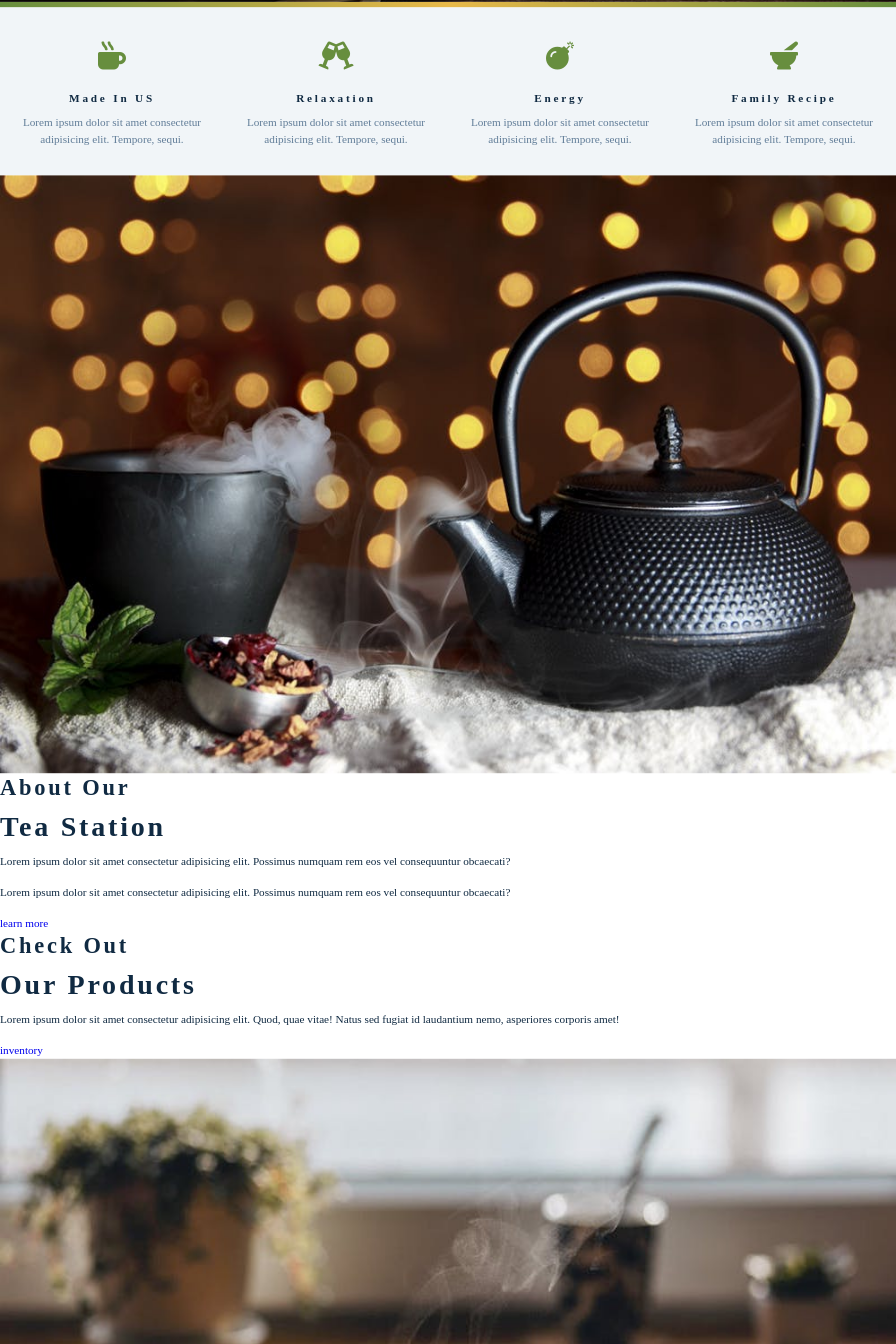
Repository: Ndifoinhilary/building_tea_site
Page: index.html
The author's editor kept a copy of each file at every save. The page is drawn from the files as they stood at one save, then again after the next save.
The browser window is 1280 px wide. The pictures show the part of the page from y = 862 to 2782 px (the page is 6030 px tall before and 5982 px after), at 70% of full size.
Backgrounds fixed to the window are drawn as part of the page. Some web fonts or font styles are not loaded; a fallback is used.

Above is the page before, as saved 2024-01-06 10:29:18.

### index.html
<!DOCTYPE html>
<html lang="en">

<head>
  <meta charset="UTF-8" />
  <meta name="viewport" content="width=device-width, initial-scale=1.0" />
  <meta http-equiv="X-UA-Compatible" content="ie=edge" />
  <title>Tea Station || Home</title>
  <!-- font-awesome -->
  <link rel="stylesheet" href="./fontawesome-free-5.7.2-web/css/all.css" />
  <!-- custom css -->
  <link rel="stylesheet" href="./css/styles.css" />
</head>

<body>
  <!-- nav button -->
  <span class="nav-btn" id="nav-btn">
    <i class="fas fa-bars"></i>
  </span>
  <!-- nav -->
  <nav class="navbar" id="navbar">
    <div class="navbar-header">
      <span class="nav-close" id="nav-close">
        <i class="fas fa-times"></i>
      </span>
    </div>
    <ul class="nav-items">
      <li><a href="index.html" class="nav-link">home</a></li>
      <li><a href="skills.html" class="nav-link">skills</a></li>
      <li><a href="about.html" class="nav-link">about</a></li>
      <li><a href="products.html" class="nav-link">products</a></li>
    </ul>
  </nav>
  <!-- header -->
  <header class="header">
    <div class="banner">
      <h2 class="banner-subtitle">Over one hunred flavors of tea</h2>
      <h1 class="banner-title">specially crafted tea</h1>
      <a href="skills.html" class=" btn banner-btn">explore</a>
    </div>
  </header>

  <div class="content-divider"></div>





  <!-- skills section -->
  <section class="skills clearfix">
    <!-- single skill -->
    <article class="skill">
      <span class="skill-icon">
        <i class="fas fa-mug-hot"></i>
      </span>
      <h4 class="skill-title">made in US</h4>
      <!-- ten words -->
      <p class="skill-text">
        Lorem ipsum dolor sit amet consectetur adipisicing elit. Tempore,
        sequi.
      </p>
    </article>
    <!-- end of single skill -->
    <!-- single skill -->
    <article class="skill">
      <span class="skill-icon">
        <i class="fas fa-glass-cheers"></i>
      </span>
      <h4 class="skill-title">relaxation</h4>
      <!-- ten words -->
      <p class="skill-text">
        Lorem ipsum dolor sit amet consectetur adipisicing elit. Tempore,
        sequi.
      </p>
    </article>
    <!-- end of single skill -->
    <!-- single skill -->
    <article class="skill">
      <span class="skill-icon">
        <i class="fas fa-bomb"></i>
      </span>
      <h4 class="skill-title">energy</h4>
      <!-- ten words -->
      <p class="skill-text">
        Lorem ipsum dolor sit amet consectetur adipisicing elit. Tempore,
        sequi.
      </p>
    </article>
    <!-- end of single skill -->
    <!-- single skill -->
    <article class="skill">
      <span class="skill-icon">
        <i class="fas fa-mortar-pestle"></i>
      </span>
      <h4 class="skill-title">family recipe</h4>
      <!-- ten words -->
      <p class="skill-text">
        Lorem ipsum dolor sit amet consectetur adipisicing elit. Tempore,
        sequi.
      </p>
    </article>
    <!-- end of single skill -->
  </section>
  <!--end of skills section -->




  <!-- about -->
  <section class="about">

    <div class="section-center clearfix">

      <article class="about-img">
        <div class="about-picture-container">
          <img src="./images/about-bcg.jpeg" alt="tea kettle" class="about-picture" />
        </div>
      </article>

      <article class="about-info">
        <!-- section title -->
        <div>
          <h3 class="section-subtitle">about our</h3>
          <h2 class="section-title">tea station</h2>
        </div>
        <!-- section title -->
        <p class="about-text">
          Lorem ipsum dolor sit amet consectetur adipisicing elit. Possimus
          numquam rem eos vel consequuntur obcaecati?
        </p>
        <p class="about-text">
          Lorem ipsum dolor sit amet consectetur adipisicing elit. Possimus
          numquam rem eos vel consequuntur obcaecati?
        </p>
        <a href="about.html" class="main-btn">learn more</a>
      </article>
    </div>
  </section>
  <!-- end of about -->





  <!-- products -->
  <section class="products">
    <div class="section-center clearfix">
      <!-- products info  -->
      <article class="products-info">
        <!-- title -->
        <div>
          <h3 class="section-subtitle">check out</h3>
          <h2 class="section-title text-white">our products</h2>
        </div>
        <!-- end of title -->
        <p class="product-text">
          Lorem ipsum dolor sit amet consectetur adipisicing elit. Quod, quae
          vitae! Natus sed fugiat id laudantium nemo, asperiores corporis
          amet!
        </p>
        <a href="products.html" class="main-btn">inventory</a>
      </article>
      <!-- end of products info -->





      <!-- products inventory -->
      <article class="products-inventory clearfix">
        <!-- single product -->
        <div class="product">
          <img src="./images/product-1.jpeg" alt="single product" class="product-img" />
          <h3 class="product-title">product title</h3>
          <h3 class="product-price">$6.99</h3>
        </div>
        <!--end of single product -->
        <!-- single product -->
        <div class="product">
          <img src="./images/product-2.jpeg" alt="single product" class="product-img" />
          <h3 class="product-title">product title</h3>
          <h3 class="product-price">$6.99</h3>
        </div>
        <!--end of single product -->
        <!-- single product -->
        <div class="product">
          <img src="./images/product-3.jpeg" alt="single product" class="product-img" />
          <h3 class="product-title">product title</h3>
          <h3 class="product-price">$6.99</h3>
        </div>
        <!--end of single product -->
      </article>
      <!--end of  products inventory -->
    </div>
  </section>


  <!-- end of  products -->




  <!-- contact -->
  <section class="contact">
    <div class="section-center clearfix">
      <!-- contact info -->
      <article class="contact-info">
        <!-- contact item -->
        <div class="contact-item">
          <!-- contact text -->
          <h3 class="contact-title">
            <span class="contact-icon">
              <i class="fas fa-location-arrow"></i> </span>address
          </h3>
          <h3 class="contact-text">
            523 N Fairfax Ave, Los Angeles, CA 90048
          </h3>
        </div>
        <!-- end of contact item -->
        <!-- contact item -->
        <div class="contact-item">
          <!-- contact text -->
          <h3 class="contact-title">
            <span class="contact-icon"> <i class="fas fa-envelope"></i> </span>email
          </h3>
          <h3 class="contact-text">email@email.com</h3>
        </div>
        <!-- end of contact item -->

        <!-- contact item -->
        <div class="contact-item">
          <!-- contact text -->
          <h3 class="contact-title">
            <span class="contact-icon">
              <i class="fas fa-location-arrow"></i> </span>telephone
          </h3>
          <h3 class="contact-text">+ 123 456 789</h3>
        </div>
        <!-- end of contact item -->
      </article>
      <article class="contact-form">
        <form action="https://formspree.io/learncodetutorial@gmail.com" method="POST" class="form-group">
          <input type="text" name="name" placeholder="name" class="form-control" />
          <input type="email" name="email" placeholder="email" class="form-control" />
          <textarea name="message" placeholder="message" class="form-control" rows="5"></textarea>
          <button class="main-btn">send</button>
        </form>
      </article>
      <!-- end of contact info -->
    </div>
  </section>




  <!-- end o fcontact -->
  <footer class="footer">
    <div class="section-center">
      <div class="social-icons">
        <!-- social icon -->
        <a href="#" class="social-icon">
          <i class="fab fa-facebook"></i>
        </a>
        <!-- end of social icon -->
        <!-- social icon -->
        <a href="#" class="social-icon">
          <i class="fab fa-twitter"></i>
        </a>
        <!-- end of social icon -->
        <!-- social icon -->
        <a href="#" class="social-icon">
          <i class="fab fa-instagram"></i>
        </a>
        <!-- end of social icon -->
      </div>
      <p class="footer-text">
        &copy;2019 <span class="text-primary">tea station</span>. all rights
        reserved
      </p>
    </div>
  </footer>



  <script src="app.js"></script>
</body>

</html>

### css/styles.css
@import url("https://fonts.googleapis.com/css?family=Catamaran:400,700|Grand+Hotel");

* {
  margin: 0;
  padding: 0;
  box-sizing: border-box;
}

/*================
Global variables
===================
*/

:root{
  --clr-primary:#678e3e;
  --clr-primary-light:#beed8c;
  --clr-grey-1:#102a42;
  --clr-grey-5:#617d98;
  --clr-grey-10:#f1f5f8;
  --clr-white:#fff;
  --ff-primary:"Catamaran",sans-serif;
  --ff-secondary:"Grand Hotel", cursive;
  --transition: all 0.3s linear ;
  --spacing:0.25rem;
  --radius:0.5rem;
}


body{
  font-family: var(--clr-primary);
  background: var(--clr-white);
  color: var(--clr-grey-1);
  line-height: 1.5;
  font-size: 0.875rem;
}

a{
  text-decoration: none;
}

img{
  width: 100%;
  display: block;
}
h1,h2,h3,h4{
  letter-spacing: var(--spacing);
  text-transform: capitalize;
  line-height: 1.25;
  margin-bottom: 0.75rem;
}

h1{
  font-size: 3rem;
}
h2{
  font-size: 2rem;
}
h3{
  font-size: 1.5rem;
}
h4{
  font-size: 0.875rem;
}

p{
  margin-bottom: 1.25rem;
}
@media screen and (min-width:800px) {
  h1{
    font-size: 4rem;
  }
  h2{
    font-size: 2.5rem;
  }
  h3{
    font-size: 2rem;
  }
  h4{
    font-size: 1rem;
  }
  body{
    font-size: 1rem;
  }
  h1,h2,h3,h4{
    line-height: 1.25;

  }
}
/*
more css
 */

 .btn{
  text-transform: uppercase;
  background: var(--clr-primary);
  color: var(--clr-white);
  padding: 0.75rem, 1rem;
  letter-spacing: var(--spacing);
  display: inline-block;
  font-weight:700 ;
  transition: var(--transition);
  font-size: 1rem;
  border: none;
  cursor: pointer;
  box-shadow: 0 1px 3px rgba(0, 0, 0,0.2);
 }
.btn:hover {
  color: var(--ff-primary);
  background: var(--clr-primary-light);
}
.clearfix::after , .clearfix::before{
  content: "";
  clear: both;
  display: table;
}
 /*
 header
  */

  .header{
    min-height: 100vh;
    background: linear-gradient(rgba(0, 0, 0,0.6),rgba(0, 0, 0,0.6)) ,url("/images/main-bcg.jpeg") center/cover no-repeat fixed;
    position: relative;
    /* animation */
    overflow-x: hidden;

  }

  .banner{
    text-align: center;
    position: absolute;
    top: 50%;
    left: 50%;
    transform: translate(-50%,-50%);
  }

  .banner h2{
    font-family: var(--ff-secondary);
    color: var(--clr-primary);
    /* animation */
  }

  .banner h1{
    text-transform: uppercase;
    color: var(--clr-white);
    margin-top: 1.25rem;
    margin-bottom: 2rem;
  }

.banner-btn{
  outline: 0.125rem solid var(--clr-primary);
  outline-offset: 0.25rem;
  font-size: 1.25rem;
  padding:1rem 1.75rem ;
}

.content-divider{
height: 0.5rem;
background: linear-gradient(to left, var(--clr-primary), #e9b949, var(--clr-primary));
}

/*
skills section
 */

 .skills{
  background: var(--clr-grey-10);

 }

 .skill{
  text-align: center;
  padding: 2.5rem 0;
  transition: var(--transition);

 }

 .skill-icon{
  font-size: 2.5rem;
  margin-bottom: 1.25rem;
  transition: var(--transition);
  display: inline-block;
  color: var(--clr-primary);

 }
 .skill-text{
  color: var(--clr-grey-5);
  max-width: 17rem;
  margin: 0 auto;
 }
 .skill:hover {
  background: var(--clr-white);
  box-shadow: 0  2px var(--clr-primary);
 }

 .skill:hover .skill-icon{
  transform: translateY(-5px);
 }
 @media screen and (min-width:576px) {
  .skill{
    float: left;
    width: 50%;
  }
 }

 @media screen and (min-width:1200px) {
  .skill{

    width: 25%;
  }
 }

 /*
 About css
  */

### app.js
const navBtn = document.getElementById("nav-btn");
const navbar = document.getElementById("navbar");
const navClose = document.getElementById("nav-close");

navBtn.addEventListener("click", () => {
  navbar.classList.add("showNav");
});

navClose.addEventListener("click", () => {
  navbar.classList.remove("showNav");
});

Loaded but not shown: fontawesome-free-5.7.2-web/css/all.css (library)

After the next save:
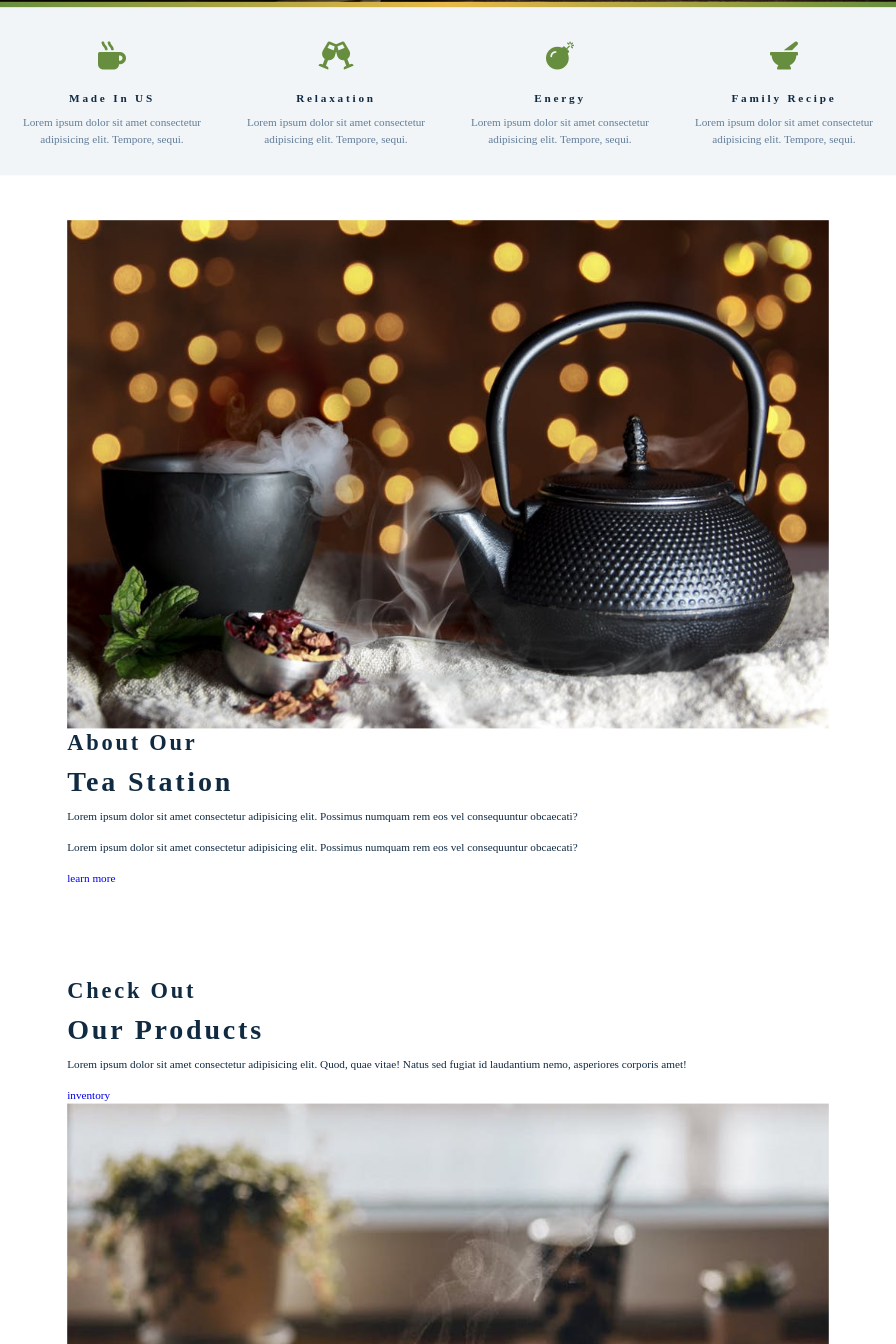
Saved 4 min 48 s later.
--- a/css/styles.css
+++ b/css/styles.css
@@ -113,6 +113,18 @@ more css
   clear: both;
   display: table;
 }
+.section-title h3{
+font-family: var(--ff-secondary);
+color: var(--clr-primary);
+}
+section-title{
+  margin-bottom: 2rem;
+}
+.section-center{
+  padding: 4rem 0;
+  width: 85vw;
+  margin: 0 auto;
+}
  /*
  header
   */
